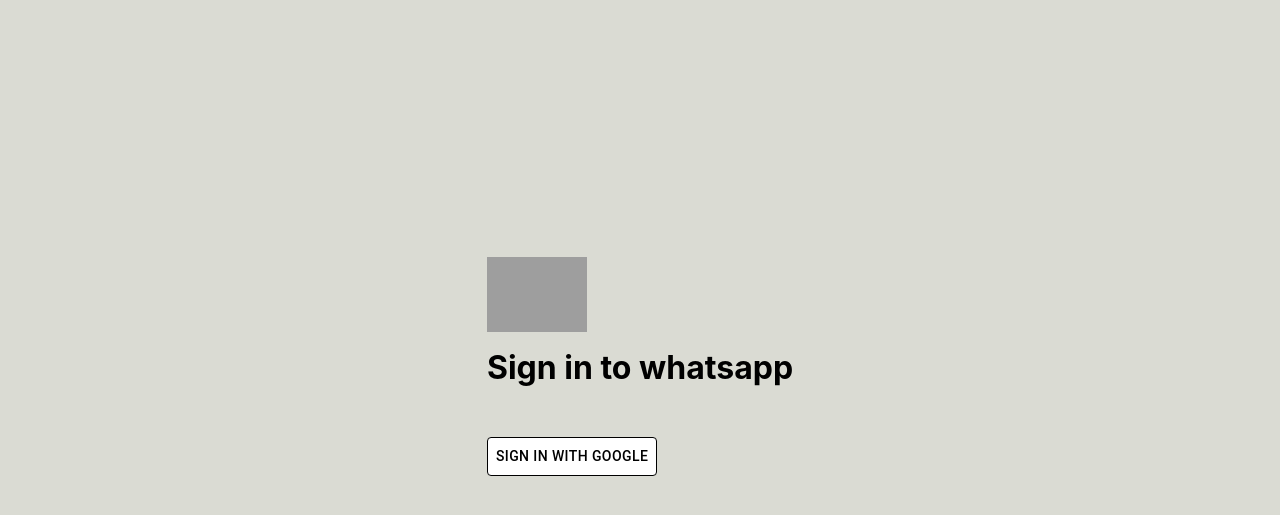
Repository: Prafullkuma/whatsappclon
Page: /
The author's editor kept a copy of each file at every save. The page is drawn from the files as they stood at one save, then again after the next save.
The browser window is 1280 px wide. The pictures show the whole page.
The pointer rests on the first visible `.login_container>button`.
Pictures or frames that could not be fetched are drawn as grey boxes. The project was rebuilt for these pictures with package versions that can differ from the ones it lists, and the page was loaded fresh each time. Also part of the build but not shown: src/Component/Sidebar.css, src/Component/Chat/sidebarChat.css, src/firebase.js, src/Component/Chat/SidebarChat.js, src/Component/Sidebar.js, src/Component/mainChat.css, src/Component/MainChat.js.

Above is the page before, as saved 2020-08-20 13:46:02.

After the next save:
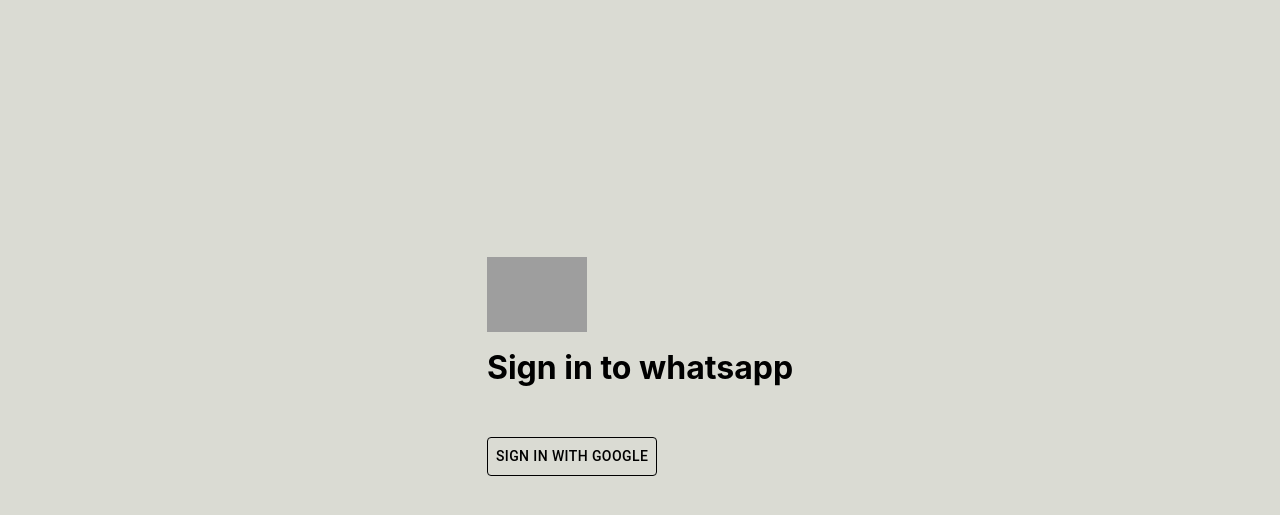
Saved 19 s later.
--- a/src/Component/Auth/login.css
+++ b/src/Component/Auth/login.css
@@ -10,7 +10,7 @@
     color: white;
 
 }
-.login_container>button:hover{
+button:hover{
     color:black;
     background-color: white;
     border: 1px solid black;
